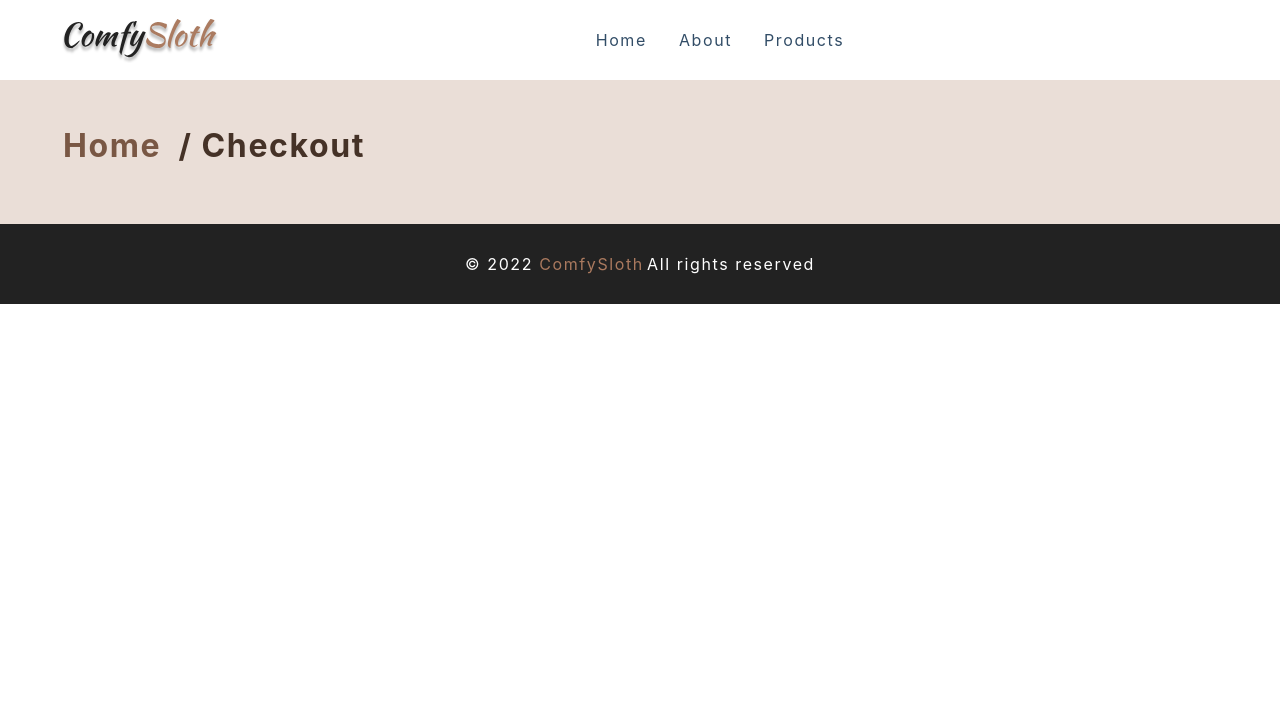
Repository: MateuszWorek/react-comfy-store
Page: /checkout
The author's editor kept a copy of each file at every save. The page is drawn from the files as they stood at one save, then again after the next save.
The browser window is 1280 px wide. The pictures show the whole page.
The project was rebuilt for these pictures with package versions that can differ from the ones it lists, and the page was loaded fresh each time. A package was used in the major version that the imports need, not the one package.json lists. Also part of the build but not shown: src/utils/constants.js, src/components/Error.js, src/components/Loading.js, src/utils/helpers.js, src/components/Product.js, src/components/FeaturedProducts.js, src/reducers/cart_reducer.js, src/context/cart_context.js and 26 more. Imported but missing from the stored project, and not drawn on this page: src/components/AmountButtons.

Above is the page before, as saved 2022-07-12 21:54:35.

### src/index.js
import React from 'react';
import ReactDOM from 'react-dom';
import './index.css';
import App from './App';
import { ProductsProvider } from './context/products_context';
import { FilterProvider } from './context/filter_context';
import { CartProvider } from './context/cart_context';
import { UserProvider } from './context/user_context';
import { Auth0Provider } from '@auth0/auth0-react';

ReactDOM.render(
  <ProductsProvider>
    <App />
  </ProductsProvider>,
  document.getElementById('root')
);

### src/App.js
import React from 'react';
import { BrowserRouter as Router, Switch, Route } from 'react-router-dom';
import { Navbar, Sidebar, Footer } from './components';
import {
  Home,
  SingleProduct,
  Cart,
  Checkout,
  Error,
  About,
  Products,
  PrivateRoute,
} from './pages';

function App() {
  return (
    <Router>
      <Navbar />
      <Sidebar />
      <Switch>
        <Route exact path='/'>
          <Home />
        </Route>
        <Route exact path='/about'>
          <About />
        </Route>
        <Route exact path='cart'>
          <Cart />
        </Route>
        <Route exact path='/products'>
          <Products />
        </Route>
        <Route exact path='/products/:id' children={<SingleProduct />} />
        <Route exact path='/checkout'>
          <Checkout />
        </Route>
        <Route exact path='*'>
          <Error />
        </Route>
      </Switch>
      <Footer />
    </Router>
  );
}

export default App;

### src/context/products_context.js
import axios from 'axios';
import React, { useContext, useEffect, useReducer } from 'react';
import reducer from '../reducers/products_reducer';
import { products_url as url } from '../utils/constants';
import {
  SIDEBAR_OPEN,
  SIDEBAR_CLOSE,
  GET_PRODUCTS_BEGIN,
  GET_PRODUCTS_SUCCESS,
  GET_PRODUCTS_ERROR,
  GET_SINGLE_PRODUCT_BEGIN,
  GET_SINGLE_PRODUCT_SUCCESS,
  GET_SINGLE_PRODUCT_ERROR,
} from '../actions';

const initialState = {
  isSidebarOpen: false,
};

const ProductsContext = React.createContext();

export const ProductsProvider = ({ children }) => {
  const [state, dispatch] = useReducer(reducer, initialState);
  const openSidebar = () => {
    // dispatch({ type: 'SIDEBAR_OPEN' });
    dispatch({ type: SIDEBAR_OPEN });
  };
  const closeSidebar = () => {
    // dispatch({ type: 'SIDEBAR_CLOSE' });
    dispatch({ type: SIDEBAR_CLOSE });
  };

  // useEffect(() => {
  //   openSidebar();
  // }, []);

  return (
    // <ProductsContext.Provider value='products context'>
    //   {children}
    // </ProductsContext.Provider>
    <ProductsContext.Provider value={{ ...state, openSidebar, closeSidebar }}>
      {children}
    </ProductsContext.Provider>
  );
};
// make sure use
export const useProductsContext = () => {
  return useContext(ProductsContext);
};

### src/components/index.js
import FeaturedProducts from './FeaturedProducts'
import Navbar from './Navbar'
import CartButtons from './CartButtons'
import Footer from './Footer'
import Sidebar from './Sidebar'
import Hero from './Hero'
import Services from './Services'
import Contact from './Contact'
import Loading from './Loading'
import Error from './Error'
import ProductImages from './ProductImages'
import AddToCart from './AddToCart'
import Filters from './Filters'
import ProductList from './ProductList'
import Sort from './Sort'
import Stars from './Stars'
import CartContent from './CarContent'
import PageHero from './PageHero'
import StripeCheckout from './StripeCheckout'
export {
  FeaturedProducts,
  Navbar,
  CartButtons,
  Footer,
  Sidebar,
  Hero,
  Services,
  Contact,
  Loading,
  Error,
  ProductImages,
  AddToCart,
  Filters,
  ProductList,
  Sort,
  Stars,
  CartContent,
  PageHero,
  StripeCheckout,
}

### src/pages/index.js
import Home from './HomePage';
import Products from './ProductsPage';
import SingleProduct from './SingleProductPage';
import About from './AboutPage';
import Cart from './CartPage';
import Error from './ErrorPage';
import Checkout from './CheckoutPage';
import PrivateRoute from './PrivateRoute';

export {
  Home,
  Products,
  SingleProduct,
  About,
  Cart,
  Error,
  Checkout,
  PrivateRoute,
};

### src/reducers/products_reducer.js
import {
  SIDEBAR_OPEN,
  SIDEBAR_CLOSE,
  GET_PRODUCTS_BEGIN,
  GET_PRODUCTS_SUCCESS,
  GET_PRODUCTS_ERROR,
  GET_SINGLE_PRODUCT_BEGIN,
  GET_SINGLE_PRODUCT_SUCCESS,
  GET_SINGLE_PRODUCT_ERROR,
} from '../actions';

const products_reducer = (state, action) => {
  if (action.type === SIDEBAR_OPEN) {
    // console.log(state);
    return { ...state, isSidebarOpen: true };
  }
  if (action.type === SIDEBAR_CLOSE) {
    // console.log(state);
    return { ...state, isSidebarOpen: false };
  }
  return state;
  throw new Error(`No Matching "${action.type}" - action type`);
};

export default products_reducer;

### src/actions.js
export const SIDEBAR_OPEN = 'SIDEBAR_OPEN'
export const SIDEBAR_CLOSE = 'SIDEBAR_CLOSE'
export const GET_PRODUCTS_BEGIN = 'GET_PRODUCTS_BEGIN'
export const GET_PRODUCTS_SUCCESS = 'GET_PRODUCTS_SUCCESS'
export const GET_PRODUCTS_ERROR = 'GET_PRODUCTS_ERROR'
export const GET_SINGLE_PRODUCT_BEGIN = 'GET_SINGLE_PRODUCT_BEGIN'
export const GET_SINGLE_PRODUCT_SUCCESS = 'GET_SINGLE_PRODUCT_SUCCESS'
export const GET_SINGLE_PRODUCT_ERROR = 'GET_SINGLE_PRODUCT_ERROR'
export const LOAD_PRODUCTS = 'LOAD_PRODUCTS'
export const SET_GRIDVIEW = 'SET_GRIDVIEW'
export const SET_LISTVIEW = 'SET_LISTVIEW'
export const UPDATE_SORT = 'UPDATE_SORT'
export const SORT_PRODUCTS = 'SORT_PRODUCTS'
export const UPDATE_FILTERS = 'UPDATE_FILTERS'
export const FILTER_PRODUCTS = 'FILTER_PRODUCTS'
export const CLEAR_FILTERS = 'CLEAR_FILTERS'
export const ADD_TO_CART = 'ADD_TO_CART'
export const REMOVE_CART_ITEM = 'REMOVE_CART_ITEM'
export const TOGGLE_CART_ITEM_AMOUNT = 'TOGGLE_CART_ITEM_AMOUNT'
export const CLEAR_CART = 'CLEAR_CART'
export const COUNT_CART_TOTALS = 'COUNT_CART_TOTALS'

### src/components/Navbar.js
import React from 'react';
import styled from 'styled-components';
import logo from '../assets/logo.svg';
import { FaBars } from 'react-icons/fa';
import { Link } from 'react-router-dom';
import { links } from '../utils/constants';
import CartButtons from './CartButtons';
import { useProductsContext } from '../context/products_context';
import { useUserContext } from '../context/user_context';

const Nav = () => {
  const { openSidebar } = useProductsContext();
  return (
    <NavContainer>
      <div className='nav-center'>
        <div className='nav-header'>
          <Link to='/'>
            <img src={logo} alt='comfy sloth' />
          </Link>
          <button type='buttton' className='nav-toggle' onClick={openSidebar}>
            <FaBars />
          </button>
        </div>
        <ul className='nav-links'>
          {links.map((link) => {
            const { id, text, url } = link;
            return (
              <li key={id}>
                <Link to={url}>{text}</Link>
              </li>
            );
          })}
        </ul>
      </div>
    </NavContainer>
  );
};

const NavContainer = styled.nav`
  height: 5rem;
  display: flex;
  align-items: center;
  justify-content: center;

  .nav-center {
    width: 90vw;
    margin: 0 auto;
    max-width: var(--max-width);
  }
  .nav-header {
    display: flex;
    align-items: center;
    justify-content: space-between;
    img {
      width: 175px;
      margin-left: -15px;
    }
  }
  .nav-toggle {
    background: transparent;
    border: transparent;
    color: var(--clr-primary-5);
    cursor: pointer;
    svg {
      font-size: 2rem;
    }
  }
  .nav-links {
    display: none;
  }
  .cart-btn-wrapper {
    display: none;
  }
  @media (min-width: 992px) {
    .nav-toggle {
      display: none;
    }
    .nav-center {
      display: grid;
      grid-template-columns: auto 1fr auto;
      align-items: center;
    }
    .nav-links {
      display: flex;
      justify-content: center;
      li {
        margin: 0 0.5rem;
      }
      a {
        color: var(--clr-grey-3);
        font-size: 1rem;
        text-transform: capitalize;
        letter-spacing: var(--spacing);
        padding: 0.5rem;
        &:hover {
          border-bottom: 2px solid var(--clr-primary-7);
        }
      }
    }
    .cart-btn-wrapper {
      display: grid;
    }
  }
`;

export default Nav;

### src/components/CartButtons.js
import React from 'react';
import { FaShoppingCart, FaUserMinus, FaUserPlus } from 'react-icons/fa';
import { Link } from 'react-router-dom';
import styled from 'styled-components';
import { useProductsContext } from '../context/products_context';
import { useCartContext } from '../context/cart_context';
import { useUserContext } from '../context/user_context';

const CartButtons = () => {
  const { closeSidebar } = useProductsContext();

  return (
    <Wrapper className='cart-btn-wrapper'>
      <Link to='/cart' className='cart-btn' onClick={closeSidebar}>
        Cart{' '}
        <span className='cart-container'>
          <FaShoppingCart />
          <span className='cart-value'>12</span>
        </span>
      </Link>
      <button type='button' className='auth-btn'>
        Login <FaUserPlus />
      </button>
    </Wrapper>
  );
};

const Wrapper = styled.div`
  display: grid;
  grid-template-columns: 1fr 1fr;
  align-items: center;
  width: 225px;

  .cart-btn {
    color: var(--clr-grey-1);
    font-size: 1.5rem;
    letter-spacing: var(--spacing);
    color: var(--clr-grey-1);
    display: flex;

    align-items: center;
  }
  .cart-container {
    display: flex;
    align-items: center;
    position: relative;
    svg {
      height: 1.6rem;
      margin-left: 5px;
    }
  }
  .cart-value {
    position: absolute;
    top: -10px;
    right: -16px;
    background: var(--clr-primary-5);
    width: 16px;
    height: 16px;
    display: flex;
    align-items: center;
    justify-content: center;
    border-radius: 50%;
    font-size: 0.75rem;
    color: var(--clr-white);
    padding: 12px;
  }
  .auth-btn {
    display: flex;
    align-items: center;
    background: transparent;
    border-color: transparent;
    font-size: 1.5rem;
    cursor: pointer;
    color: var(--clr-grey-1);
    letter-spacing: var(--spacing);
    svg {
      margin-left: 5px;
    }
  }
`;
export default CartButtons;

### src/components/Footer.js
import React from 'react';
import styled from 'styled-components';
const Footer = () => {
  return (
    <Wrapper>
      <h5>
        &copy; {new Date().getFullYear()}
        <span> ComfySloth</span>
      </h5>
      <h5>All rights reserved</h5>
    </Wrapper>
  );
};

const Wrapper = styled.footer`
  height: 5rem;
  display: flex;
  flex-direction: column;
  justify-content: center;
  align-items: center;
  background: var(--clr-black);
  text-align: center;
  span {
    color: var(--clr-primary-5);
  }
  h5 {
    color: var(--clr-white);
    margin: 0.1rem;

    font-weight: 400;
    text-transform: none;
    line-height: 1.25;
  }
  @media (min-width: 776px) {
    flex-direction: row;
  }
`;

export default Footer;

### src/components/Sidebar.js
import React from 'react';
import logo from '../assets/logo.svg';
import { Link } from 'react-router-dom';
import { useProductsContext } from '../context/products_context';
import { FaTimes } from 'react-icons/fa';
import { links } from '../utils/constants';
import styled from 'styled-components';
import CartButtons from './CartButtons';
import { useUserContext } from '../context/user_context';

const Sidebar = () => {
  const { isSidebarOpen, closeSidebar } = useProductsContext();

  return (
    <SidebarContainer>
      <aside
        className={`${isSidebarOpen ? 'sidebar show-sidebar' : 'sidebar'}`}
      >
        <div className='sidebar-header'>
          <img src={logo} className='logo' alt='comfy sloth' />
          <button type='button' className='close-btn' onClick={closeSidebar}>
            <FaTimes />
          </button>
        </div>
        <ul className='links'>
          {links.map(({ id, text, url }) => {
            return (
              <li key={id}>
                <Link to={url} onClick={closeSidebar}>
                  {text}
                </Link>
              </li>
            );
          })}
          <li>
            <Link to='checkout' onClick={closeSidebar}>
              checkout
            </Link>
          </li>
        </ul>
        <CartButtons />
      </aside>
    </SidebarContainer>
  );
};

const SidebarContainer = styled.div`
  text-align: center;
  .sidebar-header {
    display: flex;
    justify-content: space-between;
    align-items: center;
    padding: 1rem 1.5rem;
  }
  .close-btn {
    font-size: 2rem;
    background: transparent;
    border-color: transparent;
    color: var(--clr-primary-5);
    transition: var(--transition);
    cursor: pointer;
    color: var(--clr-red-dark);
    margin-top: 0.2rem;
  }
  .close-btn:hover {
    color: var(--clr-red-light);
  }
  .logo {
    justify-self: center;
    height: 45px;
  }
  .links {
    margin-bottom: 2rem;
  }
  .links a {
    display: block;
    text-align: left;
    font-size: 1rem;
    text-transform: capitalize;
    padding: 1rem 1.5rem;
    color: var(--clr-grey-3);
    transition: var(--transition);
    letter-spacing: var(--spacing);
  }

  .links a:hover {
    padding: 1rem 1.5rem;
    padding-left: 2rem;
    background: var(--clr-grey-10);
    color: var(--clr-grey-2);
  }

  .sidebar {
    position: fixed;
    top: 0;
    left: 0;
    width: 100%;
    height: 100%;
    background: var(--clr-white);
    transition: var(--transition);
    transform: translate(-100%);
    z-index: -1;
  }
  .show-sidebar {
    transform: translate(0);
    z-index: 999;
  }
  .cart-btn-wrapper {
    margin: 2rem auto;
  }
  @media screen and (min-width: 992px) {
    .sidebar {
      display: none;
    }
  }
`;

export default Sidebar;

### src/components/PageHero.js
import React from 'react';
import styled from 'styled-components';
import { Link } from 'react-router-dom';
const PageHero = ({ title }) => {
  return (
    <Wrapper>
      <div className='section-center'>
        <h3>
          <Link to='/'>Home</Link> / {title}
        </h3>
      </div>
    </Wrapper>
  );
};

const Wrapper = styled.section`
  background: var(--clr-primary-10);
  width: 100%;
  min-height: 20vh;
  display: flex;
  align-items: center;

  color: var(--clr-primary-1);
  a {
    color: var(--clr-primary-3);
    padding: 0.5rem;
    transition: var(--transition);
  }
  a:hover {
    color: var(--clr-primary-1);
  }
`;

export default PageHero;

### src/pages/CheckoutPage.js
import React from 'react';
import styled from 'styled-components';
import { PageHero, StripeCheckout } from '../components';
// extra imports
import { useCartContext } from '../context/cart_context';
import { Link } from 'react-router-dom';

const CheckoutPage = () => {
  return (
    <main>
      <PageHero title='checkout' />
    </main>
  );
};
const Wrapper = styled.div``;
export default CheckoutPage;

Loaded but not shown: public/index.html (common file); src/index.css (common file)

After the next save:
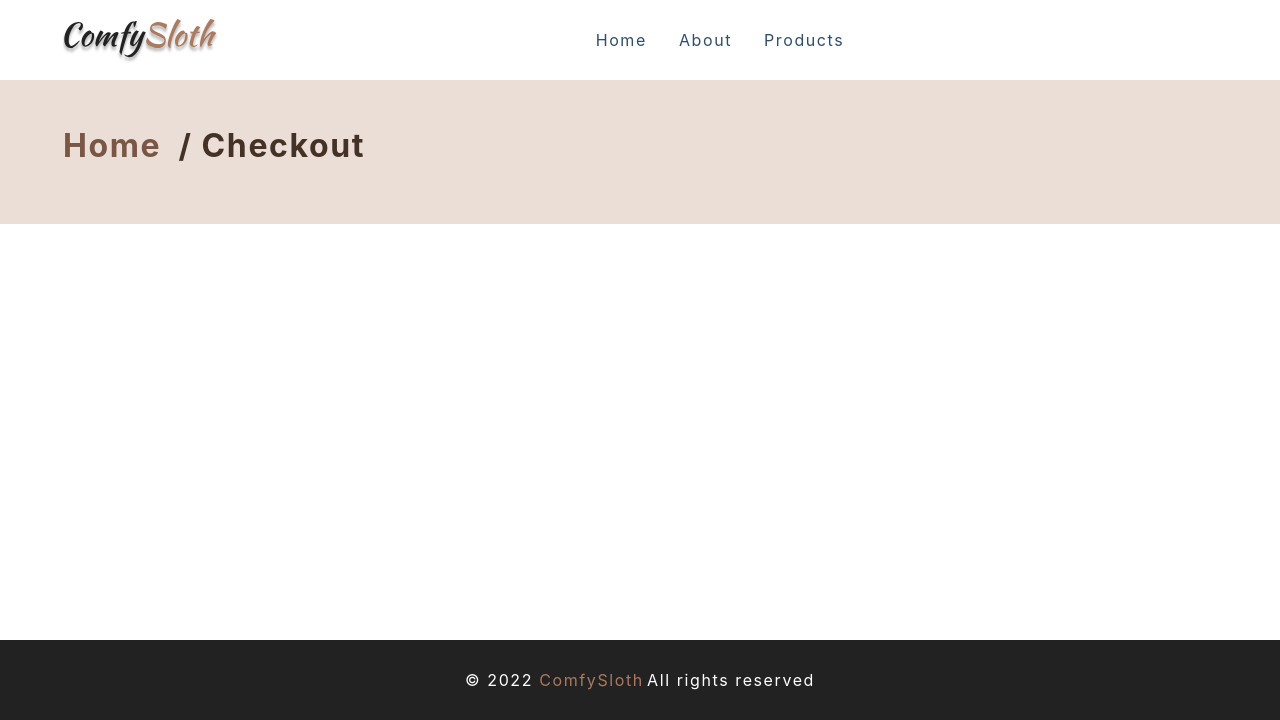
Saved 17 s later.
--- a/src/pages/CheckoutPage.js
+++ b/src/pages/CheckoutPage.js
@@ -9,6 +9,7 @@ const CheckoutPage = () => {
   return (
     <main>
       <PageHero title='checkout' />
+      <Wrapper className='page'></Wrapper>
     </main>
   );
 };
